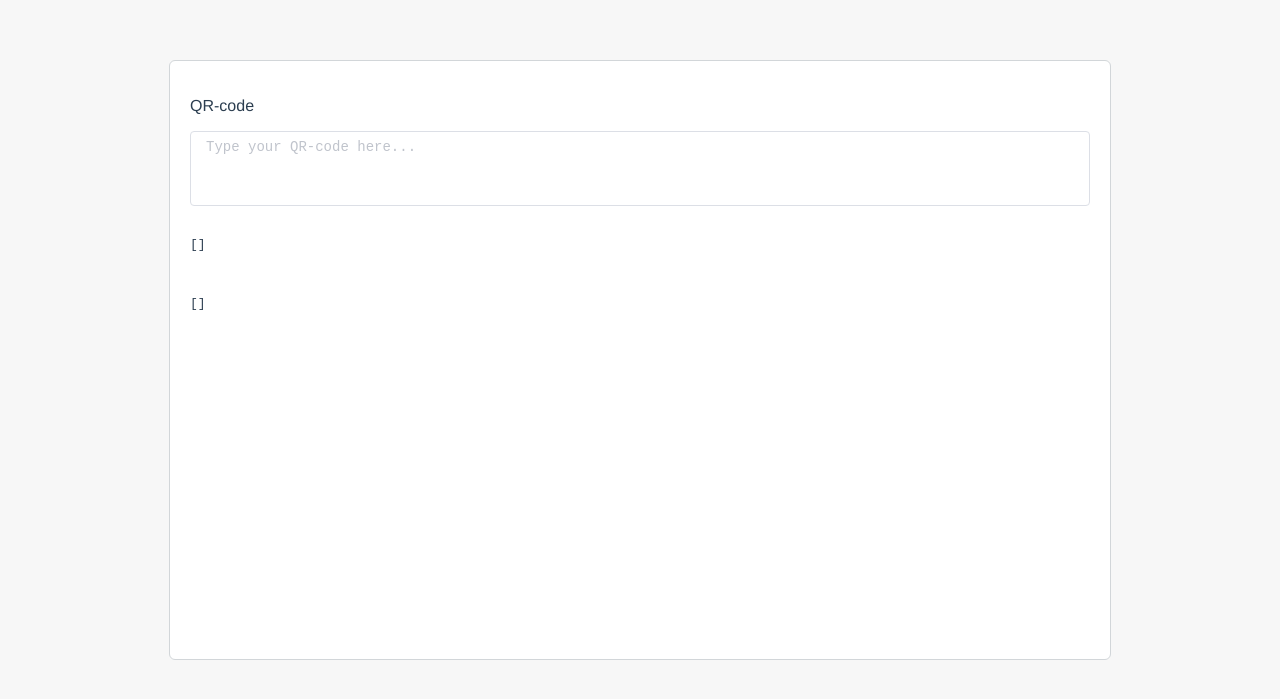
Repository: dvasyliev/qrcode_parser
Page: /
The author's editor kept a copy of each file at every save. The page is drawn from the files as they stood at one save, then again after the next save.
The browser window is 1280 px wide. The pictures show the whole page.
The project was rebuilt for these pictures with package versions that can differ from the ones it lists, and the page was loaded fresh each time.

Above is the page before, as saved 2018-08-26 18:24:38.

After the next save:
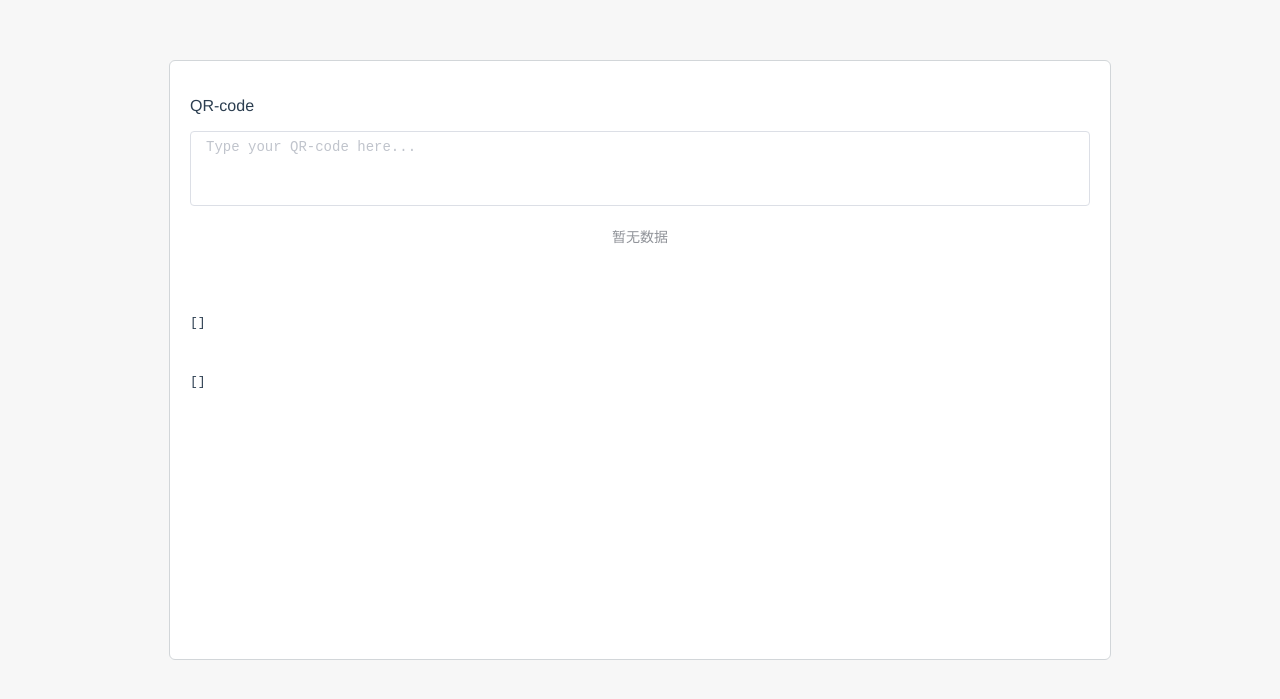
Saved 2 min 37 s later.
--- a/src/App.vue
+++ b/src/App.vue
@@ -5,11 +5,16 @@
         <div class="page__content">
           <p>QR-code</p>
           <el-input
-          v-model="qrcode"
-          type="textarea"
-          placeholder="Type your QR-code here..."
-          resize="none"
-          :rows="3"/>
+            v-model="qrcode"
+            type="textarea"
+            placeholder="Type your QR-code here..."
+            resize="none"
+            :rows="3"/>
+
+          <el-tree
+            :data="data"
+            :props="defaultProps">
+          </el-tree>
 
           <br><br>
           <pre>{{ qrcodeTransformed }}</pre>
